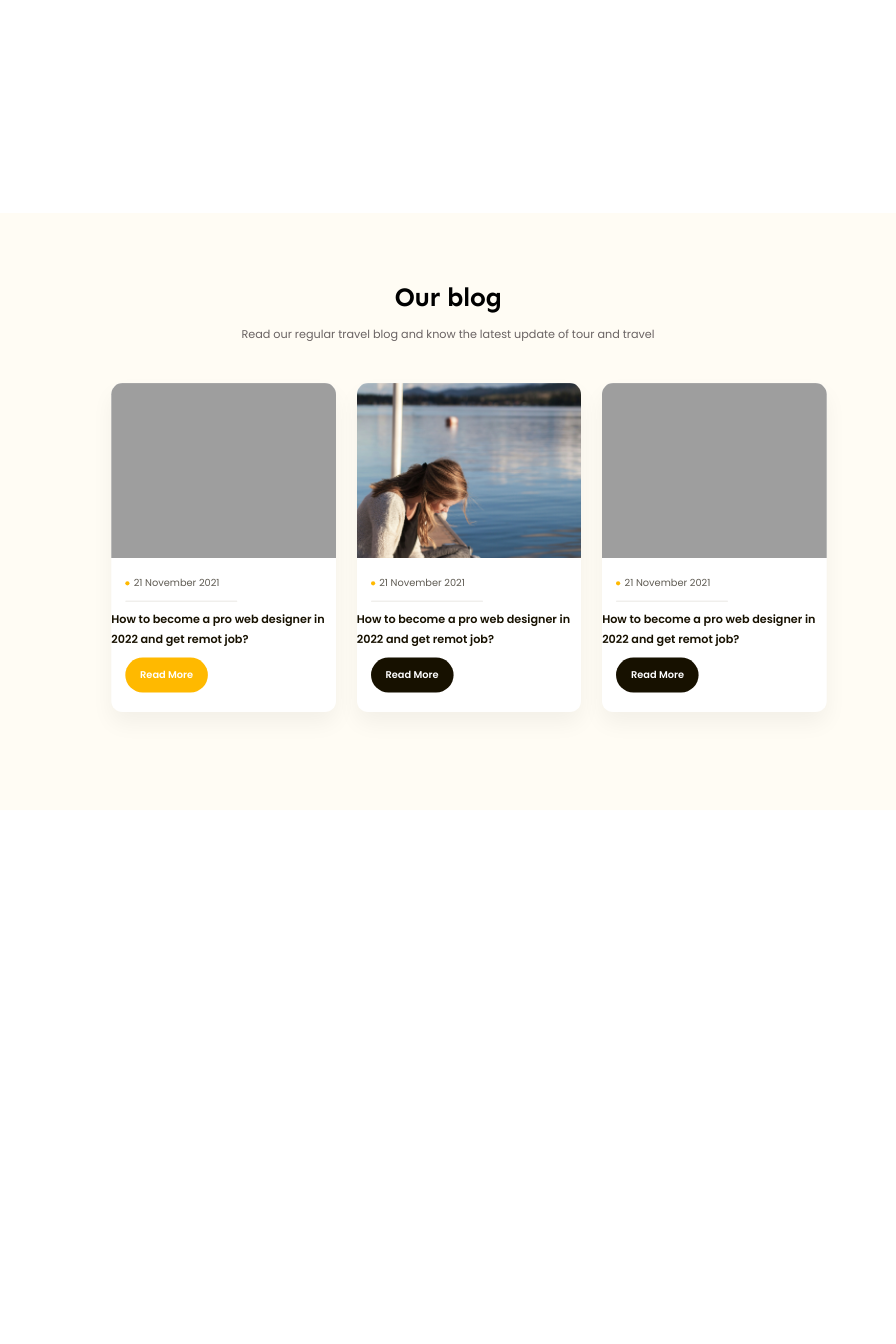
Repository: Toihoclaptrinh/duan1_figma
Page: index.html
The author's editor kept a copy of each file at every save. The page is drawn from the files as they stood at one save, then again after the next save.
The browser window is 1280 px wide. The pictures show the part of the page from y = 3676 to 5596 px (the page is 10000 px tall), at 70% of full size.
Pictures or frames that could not be fetched are drawn as grey boxes.

Above is the page before, as saved 2024-02-17 10:38:16.

After the next save:
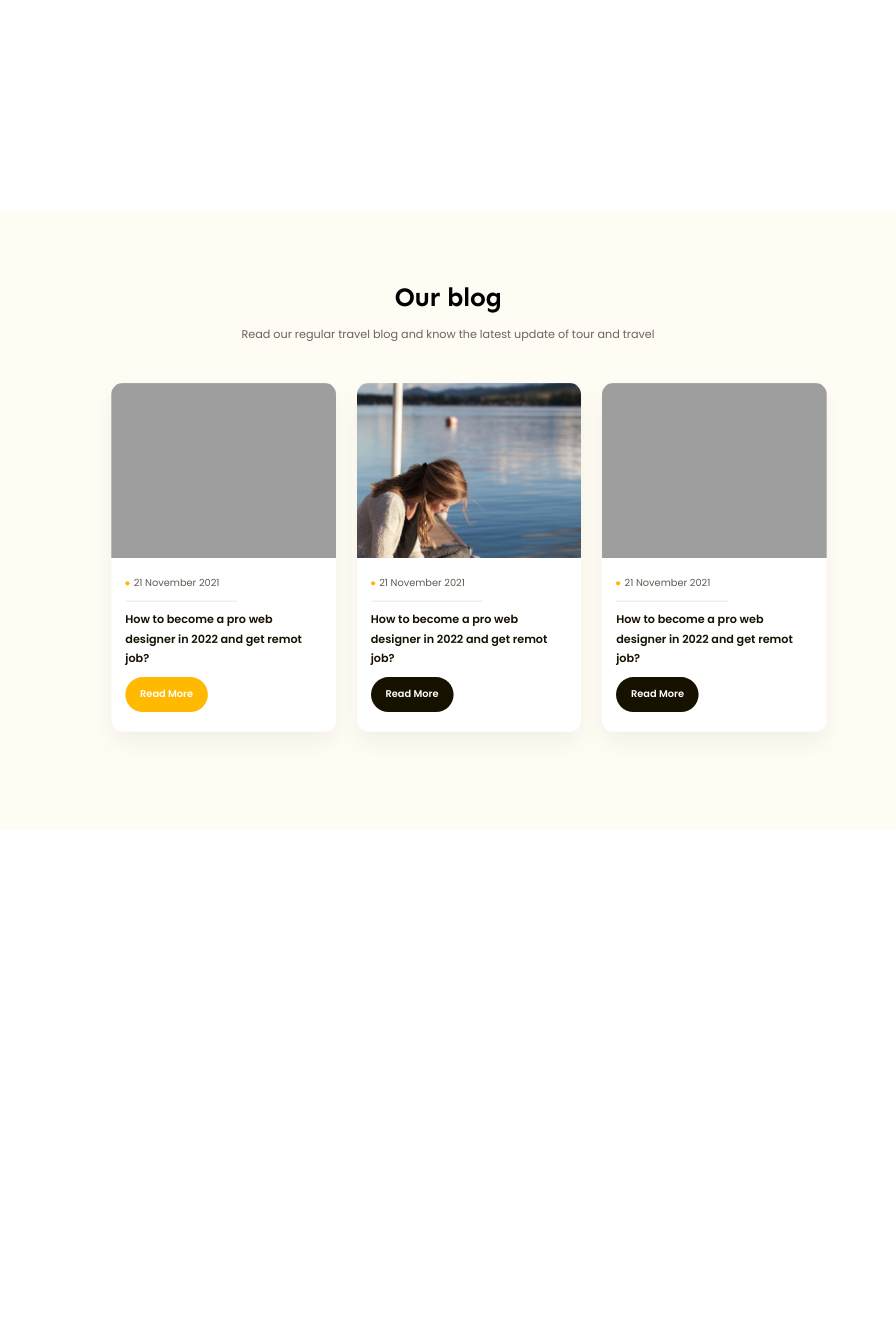
Saved 59 s later.
--- a/assets/css/style.css
+++ b/assets/css/style.css
@@ -679,6 +679,8 @@ a {
   font-weight: 600;
   line-height: 1.75;
   margin-top: 25px;
+  margin-left: 20px;
+  margin-right: 20px;
 }
 
 .blog-item .blog-content .btn {
